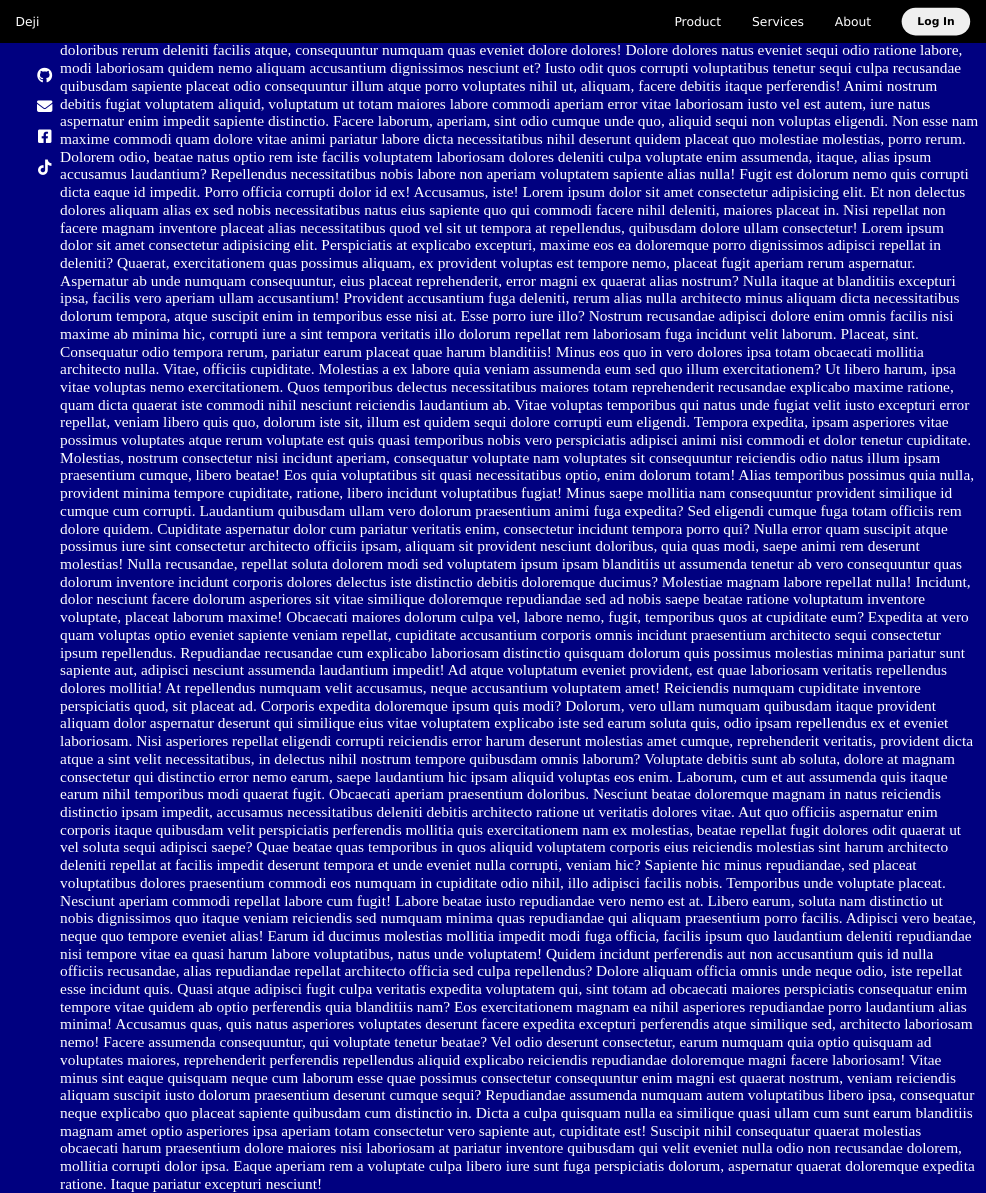
Repository: imokha01/Flexbox-and-Position-Example
Page: index.html
An editor plug-in stored every save of this project. The page is shown before and after a run of saves, followed by the edit.
The browser window is 1280 px wide. The pictures show the whole page, at 77% of full size.

Above is the page before, as saved 2023-11-21 17:22:35.

### index.html
<!DOCTYPE html>
<html lang="en">
  <head>
    <meta charset="UTF-8" />
    <meta name="viewport" content="width=device-width, initial-scale=1.0" />
    <title>Document</title>
    <link rel="stylesheet" href="./index.css" />
    <link
      rel="stylesheet"
      href="https://cdnjs.cloudflare.com/ajax/libs/font-awesome/6.4.2/css/all.min.css"
      integrity="sha512-z3gLpd7yknf1YoNbCzqRKc4qyor8gaKU1qmn+CShxbuBusANI9QpRohGBreCFkKxLhei6S9CQXFEbbKuqLg0DA=="
      crossorigin="anonymous"
      referrerpolicy="no-referrer"
    />
  </head>
  <body>
    <nav>
      <div id="logo">Deji</div>
      <div class="right">
        <div class="link_container">
          <a href="">Product</a>
          <a href="">Services</a>
          <a href="">About</a>
        </div>
        <button>Log In</button>
      </div>
    </nav>
    <main>
      <aside>
        <i class="fa-brands fa-github"></i>
        <i class="fa-solid fa-envelope"></i>
        <i class="fa-brands fa-square-facebook"></i>
        <i class="fa-brands fa-tiktok"></i>
        <i class="fa-brands fa-x-twitter"></i>
      </aside>
      <section class="para">
        Lorem ipsum dolor sit amet consectetur adipisicing elit. Deserunt
        asperiores laborum, doloribus iste molestiae sint mollitia ducimus
        fugiat dolorum, temporibus cumque odit fuga expedita nobis voluptatem
        optio, dolore consequatur omnis minus dignissimos illum? Exercitationem
        voluptatum, nam doloribus rerum deleniti facilis atque, consequuntur
        numquam quas eveniet dolore dolores! Dolore dolores natus eveniet sequi
        odio ratione labore, modi laboriosam quidem nemo aliquam accusantium
        dignissimos nesciunt et? Iusto odit quos corrupti voluptatibus tenetur
        sequi culpa recusandae quibusdam sapiente placeat odio consequuntur
        illum atque porro voluptates nihil ut, aliquam, facere debitis itaque
        perferendis! Animi nostrum debitis fugiat voluptatem aliquid, voluptatum
        ut totam maiores labore commodi aperiam error vitae laboriosam iusto vel
        est autem, iure natus aspernatur enim impedit sapiente distinctio.
        Facere laborum, aperiam, sint odio cumque unde quo, aliquid sequi non
        voluptas eligendi. Non esse nam maxime commodi quam dolore vitae animi
        pariatur labore dicta necessitatibus nihil deserunt quidem placeat quo
        molestiae molestias, porro rerum. Dolorem odio, beatae natus optio rem
        iste facilis voluptatem laboriosam dolores deleniti culpa voluptate enim
        assumenda, itaque, alias ipsum accusamus laudantium? Repellendus
        necessitatibus nobis labore non aperiam voluptatem sapiente alias nulla!
        Fugit est dolorum nemo quis corrupti dicta eaque id impedit. Porro
        officia corrupti dolor id ex! Accusamus, iste! Lorem ipsum dolor sit
        amet consectetur adipisicing elit. Et non delectus dolores aliquam alias
        ex sed nobis necessitatibus natus eius sapiente quo qui commodi facere
        nihil deleniti, maiores placeat in. Nisi repellat non facere magnam
        inventore placeat alias necessitatibus quod vel sit ut tempora at
        repellendus, quibusdam dolore ullam consectetur! Lorem ipsum dolor sit
        amet consectetur adipisicing elit. Perspiciatis at explicabo excepturi,
        maxime eos ea doloremque porro dignissimos adipisci repellat in
        deleniti? Quaerat, exercitationem quas possimus aliquam, ex provident
        voluptas est tempore nemo, placeat fugit aperiam rerum aspernatur.
        Aspernatur ab unde numquam consequuntur, eius placeat reprehenderit,
        error magni ex quaerat alias nostrum? Nulla itaque at blanditiis
        excepturi ipsa, facilis vero aperiam ullam accusantium! Provident
        accusantium fuga deleniti, rerum alias nulla architecto minus aliquam
        dicta necessitatibus dolorum tempora, atque suscipit enim in temporibus
        esse nisi at. Esse porro iure illo? Nostrum recusandae adipisci dolore
        enim omnis facilis nisi maxime ab minima hic, corrupti iure a sint
        tempora veritatis illo dolorum repellat rem laboriosam fuga incidunt
        velit laborum. Placeat, sint. Consequatur odio tempora rerum, pariatur
        earum placeat quae harum blanditiis! Minus eos quo in vero dolores ipsa
        totam obcaecati mollitia architecto nulla. Vitae, officiis cupiditate.
        Molestias a ex labore quia veniam assumenda eum sed quo illum
        exercitationem? Ut libero harum, ipsa vitae voluptas nemo
        exercitationem. Quos temporibus delectus necessitatibus maiores totam
        reprehenderit recusandae explicabo maxime ratione, quam dicta quaerat
        iste commodi nihil nesciunt reiciendis laudantium ab. Vitae voluptas
        temporibus qui natus unde fugiat velit iusto excepturi error repellat,
        veniam libero quis quo, dolorum iste sit, illum est quidem sequi dolore
        corrupti eum eligendi. Tempora expedita, ipsam asperiores vitae possimus
        voluptates atque rerum voluptate est quis quasi temporibus nobis vero
        perspiciatis adipisci animi nisi commodi et dolor tenetur cupiditate.
        Molestias, nostrum consectetur nisi incidunt aperiam, consequatur
        voluptate nam voluptates sit consequuntur reiciendis odio natus illum
        ipsam praesentium cumque, libero beatae! Eos quia voluptatibus sit quasi
        necessitatibus optio, enim dolorum totam! Alias temporibus possimus quia
        nulla, provident minima tempore cupiditate, ratione, libero incidunt
        voluptatibus fugiat! Minus saepe mollitia nam consequuntur provident
        similique id cumque cum corrupti. Laudantium quibusdam ullam vero
        dolorum praesentium animi fuga expedita? Sed eligendi cumque fuga totam
        officiis rem dolore quidem. Cupiditate aspernatur dolor cum pariatur
        veritatis enim, consectetur incidunt tempora porro qui? Nulla error quam
        suscipit atque possimus iure sint consectetur architecto officiis ipsam,
        aliquam sit provident nesciunt doloribus, quia quas modi, saepe animi
        rem deserunt molestias! Nulla recusandae, repellat soluta dolorem modi
        sed voluptatem ipsum ipsam blanditiis ut assumenda tenetur ab vero
        consequuntur quas dolorum inventore incidunt corporis dolores delectus
        iste distinctio debitis doloremque ducimus? Molestiae magnam labore
        repellat nulla! Incidunt, dolor nesciunt facere dolorum asperiores sit
        vitae similique doloremque repudiandae sed ad nobis saepe beatae ratione
        voluptatum inventore voluptate, placeat laborum maxime! Obcaecati
        maiores dolorum culpa vel, labore nemo, fugit, temporibus quos at
        cupiditate eum? Expedita at vero quam voluptas optio eveniet sapiente
        veniam repellat, cupiditate accusantium corporis omnis incidunt
        praesentium architecto sequi consectetur ipsum repellendus. Repudiandae
        recusandae cum explicabo laboriosam distinctio quisquam dolorum quis
        possimus molestias minima pariatur sunt sapiente aut, adipisci nesciunt
        assumenda laudantium impedit! Ad atque voluptatum eveniet provident, est
        quae laboriosam veritatis repellendus dolores mollitia! At repellendus
        numquam velit accusamus, neque accusantium voluptatem amet! Reiciendis
        numquam cupiditate inventore perspiciatis quod, sit placeat ad. Corporis
        expedita doloremque ipsum quis modi? Dolorum, vero ullam numquam
        quibusdam itaque provident aliquam dolor aspernatur deserunt qui
        similique eius vitae voluptatem explicabo iste sed earum soluta quis,
        odio ipsam repellendus ex et eveniet laboriosam. Nisi asperiores
        repellat eligendi corrupti reiciendis error harum deserunt molestias
        amet cumque, reprehenderit veritatis, provident dicta atque a sint velit
        necessitatibus, in delectus nihil nostrum tempore quibusdam omnis
        laborum? Voluptate debitis sunt ab soluta, dolore at magnam consectetur
        qui distinctio error nemo earum, saepe laudantium hic ipsam aliquid
        voluptas eos enim. Laborum, cum et aut assumenda quis itaque earum nihil
        temporibus modi quaerat fugit. Obcaecati aperiam praesentium doloribus.
        Nesciunt beatae doloremque magnam in natus reiciendis distinctio ipsam
        impedit, accusamus necessitatibus deleniti debitis architecto ratione ut
        veritatis dolores vitae. Aut quo officiis aspernatur enim corporis
        itaque quibusdam velit perspiciatis perferendis mollitia quis
        exercitationem nam ex molestias, beatae repellat fugit dolores odit
        quaerat ut vel soluta sequi adipisci saepe? Quae beatae quas temporibus
        in quos aliquid voluptatem corporis eius reiciendis molestias sint harum
        architecto deleniti repellat at facilis impedit deserunt tempora et unde
        eveniet nulla corrupti, veniam hic? Sapiente hic minus repudiandae, sed
        placeat voluptatibus dolores praesentium commodi eos numquam in
        cupiditate odio nihil, illo adipisci facilis nobis. Temporibus unde
        voluptate placeat. Nesciunt aperiam commodi repellat labore cum fugit!
        Labore beatae iusto repudiandae vero nemo est at. Libero earum, soluta
        nam distinctio ut nobis dignissimos quo itaque veniam reiciendis sed
        numquam minima quas repudiandae qui aliquam praesentium porro facilis.
        Adipisci vero beatae, neque quo tempore eveniet alias! Earum id ducimus
        molestias mollitia impedit modi fuga officia, facilis ipsum quo
        laudantium deleniti repudiandae nisi tempore vitae ea quasi harum labore
        voluptatibus, natus unde voluptatem! Quidem incidunt perferendis aut non
        accusantium quis id nulla officiis recusandae, alias repudiandae
        repellat architecto officia sed culpa repellendus? Dolore aliquam
        officia omnis unde neque odio, iste repellat esse incidunt quis. Quasi
        atque adipisci fugit culpa veritatis expedita voluptatem qui, sint totam
        ad obcaecati maiores perspiciatis consequatur enim tempore vitae quidem
        ab optio perferendis quia blanditiis nam? Eos exercitationem magnam ea
        nihil asperiores repudiandae porro laudantium alias minima! Accusamus
        quas, quis natus asperiores voluptates deserunt facere expedita
        excepturi perferendis atque similique sed, architecto laboriosam nemo!
        Facere assumenda consequuntur, qui voluptate tenetur beatae? Vel odio
        deserunt consectetur, earum numquam quia optio quisquam ad voluptates
        maiores, reprehenderit perferendis repellendus aliquid explicabo
        reiciendis repudiandae doloremque magni facere laboriosam! Vitae minus
        sint eaque quisquam neque cum laborum esse quae possimus consectetur
        consequuntur enim magni est quaerat nostrum, veniam reiciendis aliquam
        suscipit iusto dolorum praesentium deserunt cumque sequi? Repudiandae
        assumenda numquam autem voluptatibus libero ipsa, consequatur neque
        explicabo quo placeat sapiente quibusdam cum distinctio in. Dicta a
        culpa quisquam nulla ea similique quasi ullam cum sunt earum blanditiis
        magnam amet optio asperiores ipsa aperiam totam consectetur vero
        sapiente aut, cupiditate est! Suscipit nihil consequatur quaerat
        molestias obcaecati harum praesentium dolore maiores nisi laboriosam at
        pariatur inventore quibusdam qui velit eveniet nulla odio non recusandae
        dolorem, mollitia corrupti dolor ipsa. Eaque aperiam rem a voluptate
        culpa libero iure sunt fuga perspiciatis dolorum, aspernatur quaerat
        doloremque expedita ratione. Itaque pariatur excepturi nesciunt!

      </section>
    </main>
  </body>
</html>

### index.css
body {
    background-color: navy;
    position: relative;
}
nav {
    display: flex;
    justify-content: space-between;
    /* margin-left: 40px;
    margin-right: 40px;
    margin-top: 10px; */
    background-color: black;
    font-family: Verdana, Geneva, Tahoma, sans-serif;
    color: white;
    padding: 10px 20px;
    left: 0px;
    top: 0px;
    right: 0px;
    position: fixed;
    align-items: center;
    z-index: 2;
}

.right {
    display: flex;
    gap: 40px;
    color: white;
    align-items: center;
}
a {
    color: white;
    text-decoration: none;
}

.link_container {
    display: flex;
    gap: 40px;
}

button {

    font-size: 14px;
    text-align: center;
    padding: 10px 20px;
    border-radius: 20px;
    cursor: pointer;
    font-weight: 600;
    border: none;
    font-family: Verdana, Geneva, Tahoma, sans-serif;
}

button:hover {
    background-color: aquamarine;

}

main {
    font-size: 20px;
    display: flex;
    flex-direction: column;
    position: relative;
    height: 100vh;


}

aside {
    color: white;
    font-size: 20px;;
    display: flex;
    justify-content: center;
    align-items: center;
    flex-direction: column;
    gap: 20px;
    position: absolute;
    padding-top: 30px;
    padding-bottom: 30px;
    top: 50px;
    left: 40px;
    z-index: 1;
}

.para {
    font-size: 20px;
    color: white;
    margin-left: 70px;
    display: flex;
}

After the next 2 saves:
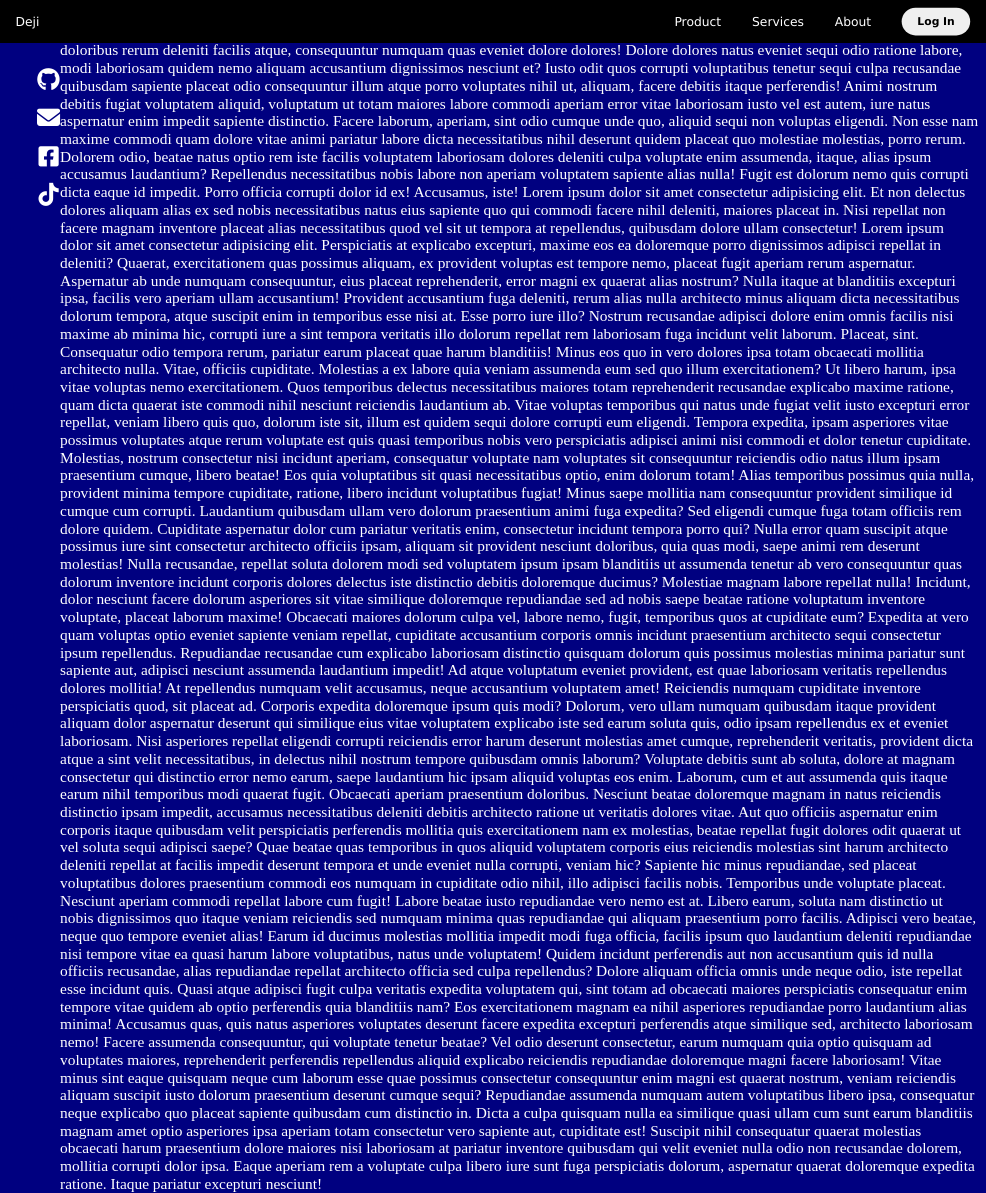
The 2 saves are shown as one change because they came seconds apart.
The last was saved 45 s later.
--- a/index.css
+++ b/index.css
@@ -65,7 +65,7 @@
 
 aside {
     color: white;
-    font-size: 20px;;
+    font-size:30px;;
     display: flex;
     justify-content: center;
     align-items: center;
